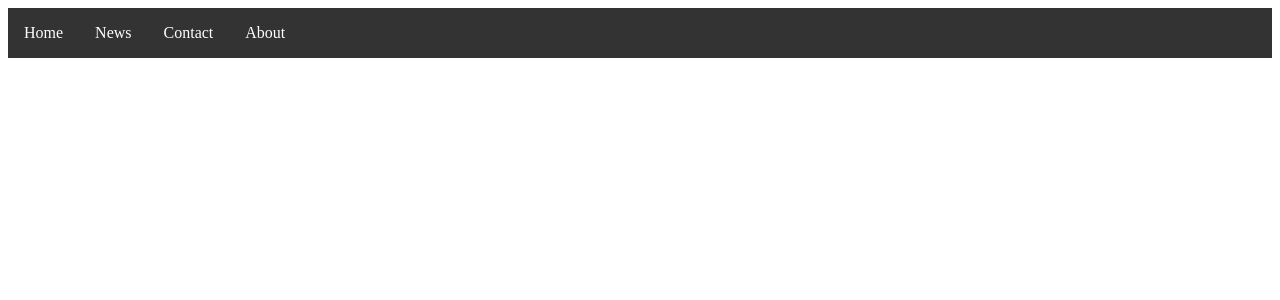
Repository: poomshen/team_03_project2
Page: WebBasic/WebContent/Ex10_Basic.html
The author's editor kept a copy of each file at every save. The page is drawn from the files as they stood at one save, then again after the next save.
The browser window is 1280 px wide. The pictures show the whole page.

Above is the page before, as saved 2016-08-29 00:23:22.

After the next save:
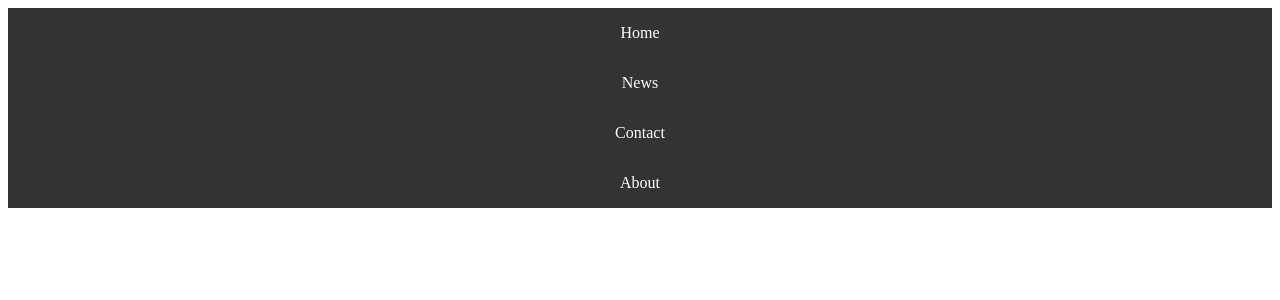
Saved 24 s later.
--- a/WebBasic/WebContent/Ex10_Basic.html
+++ b/WebBasic/WebContent/Ex10_Basic.html
@@ -12,9 +12,9 @@
     background-color: #333333;
 }
 
-li {
+/* li {
     float: left;
-}
+} */
 
 li a {
     display: block;

After the save that followed:
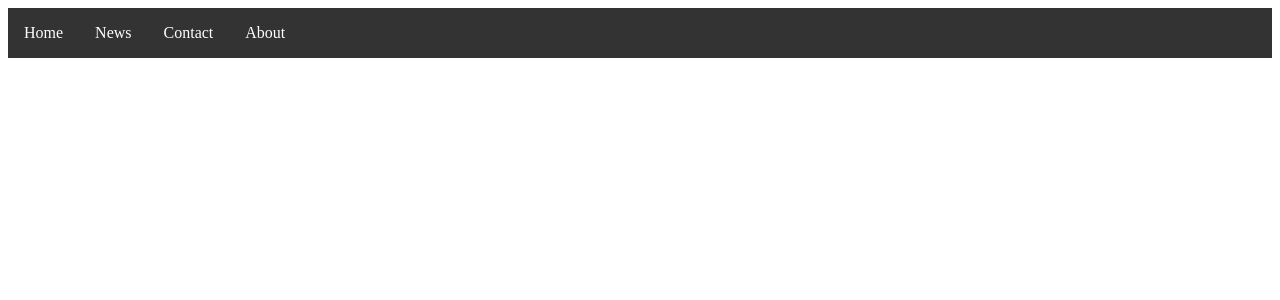
Saved 2 min 42 s later.
--- a/WebBasic/WebContent/Ex10_Basic.html
+++ b/WebBasic/WebContent/Ex10_Basic.html
@@ -12,9 +12,9 @@
     background-color: #333333;
 }
 
-/* li {
+li {
     float: left;
-} */
+}
 
 li a {
     display: block;
